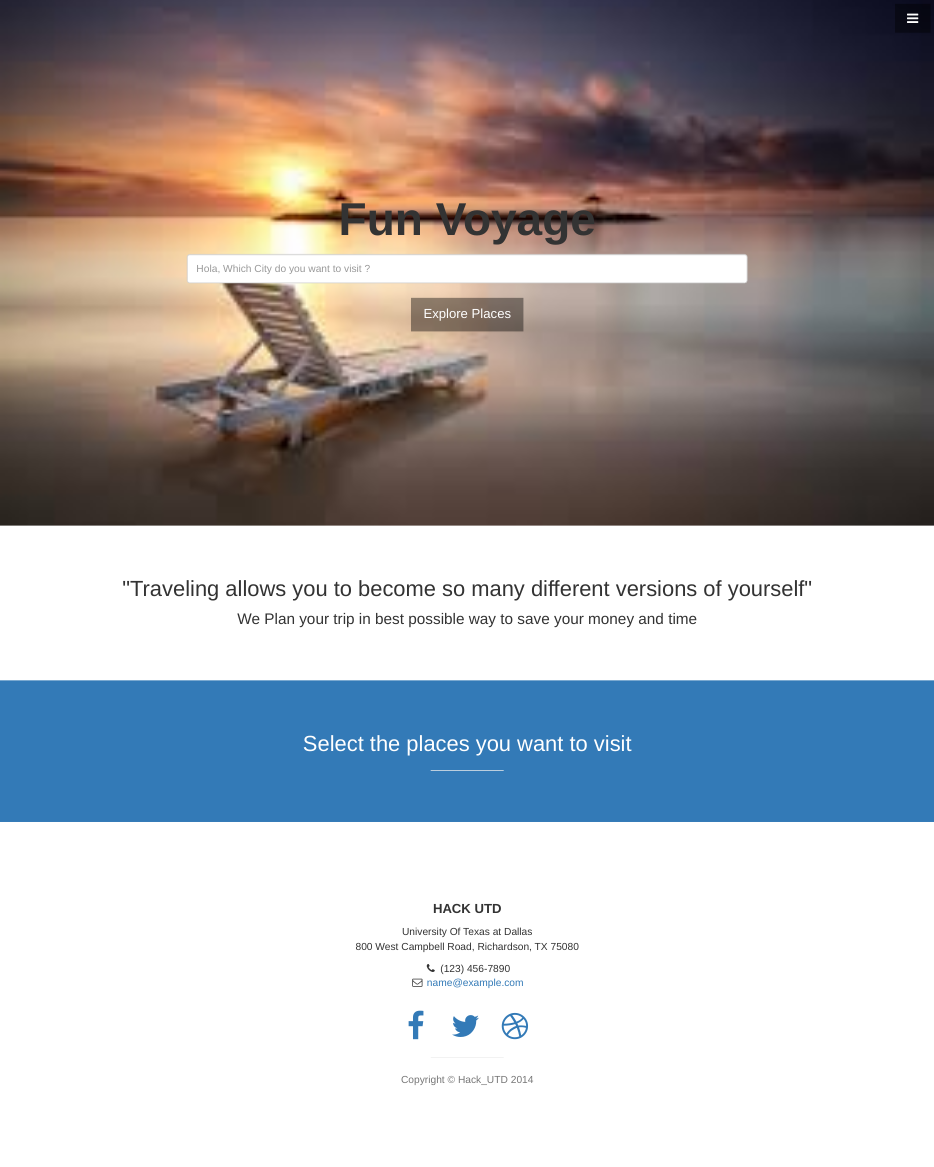
Repository: thomasronk/UTD_Hack
Page: http://localhost/route/Search
An editor plug-in stored every save of this project. The page is shown before and after the next save, followed by the edit.
The browser window is 1280 px wide. The pictures show the whole page, at 73% of full size.
Some web fonts or font styles are not loaded; a fallback is used. The page is served by Tomcat 9.

Above is the page before, as saved 2015-01-18 12:48:17.

After the next save:
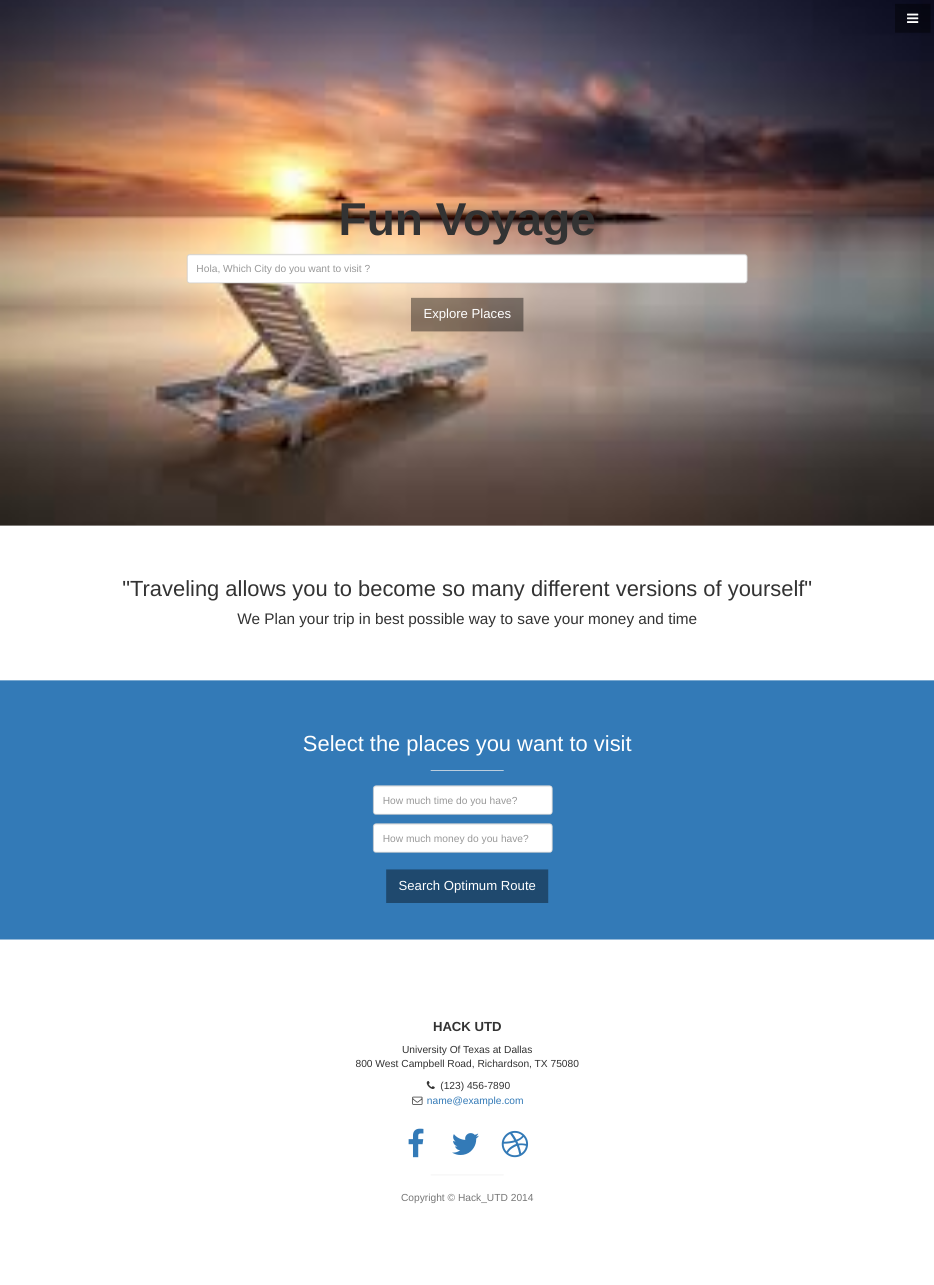
Saved 21 min 19 s later.
--- a/UTDHackWorkSpace/route/WebContent/WEB-INF/main.jsp
+++ b/UTDHackWorkSpace/route/WebContent/WEB-INF/main.jsp
@@ -99,6 +99,14 @@
                     <!-- /.row (nested) -->
                 </div>
                 <!-- /.col-lg-10 -->
+                <div id="divForTimeAndCost"><input type="text" id="timeTextField"
+                                               placeholder="How much time do you have?" class="form-control"
+                                               style="margin-left:39%;margin-top:1%;height:40px;width:21%;"/><input
+                    type="text" id="costTextField" placeholder="How much money do you have?" class="form-control"
+                    style="margin-left:39%;margin-top:1%;height:40px;width:21%;"/><a href="#" style="margin-top: 2%"
+                                                                                     class="btn btn-dark btn-lg"
+                                                                                     id="searchOptimumRouteLink">Search
+                Optimum Route</a></div>
             </div>
             <!-- /.row -->
         </div>
